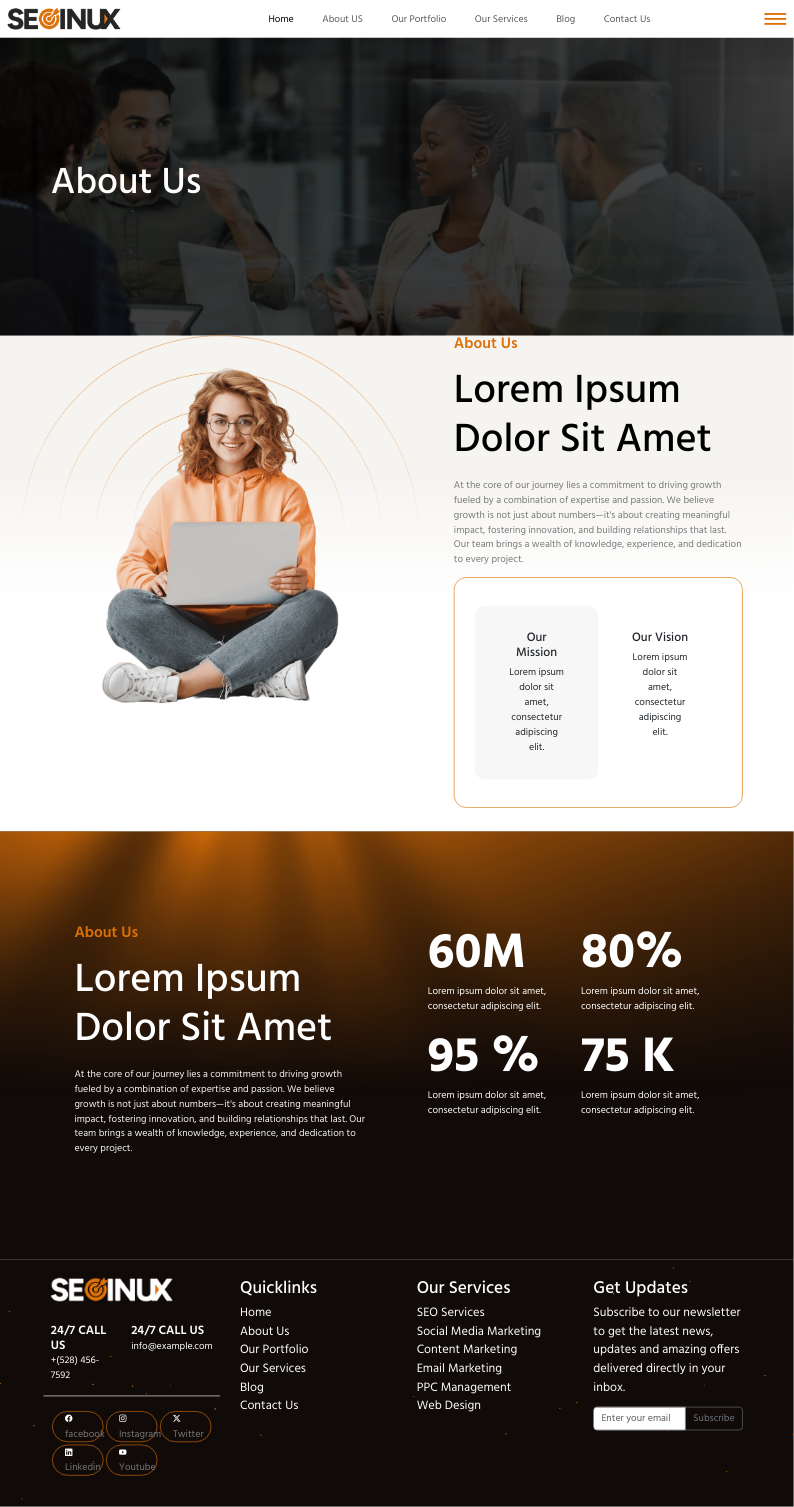
Repository: tagnam/seoinox
Page: about.html
These files come from the project's save history. The page is drawn as it stood at one moment and after the next save; the edit follows.
The browser window is 1280 px wide. The pictures show the whole page, at 62% of full size.
Backgrounds fixed to the window are drawn as part of the page.

Above is the page before, as saved 2025-02-26 10:55:18.

After the next save:
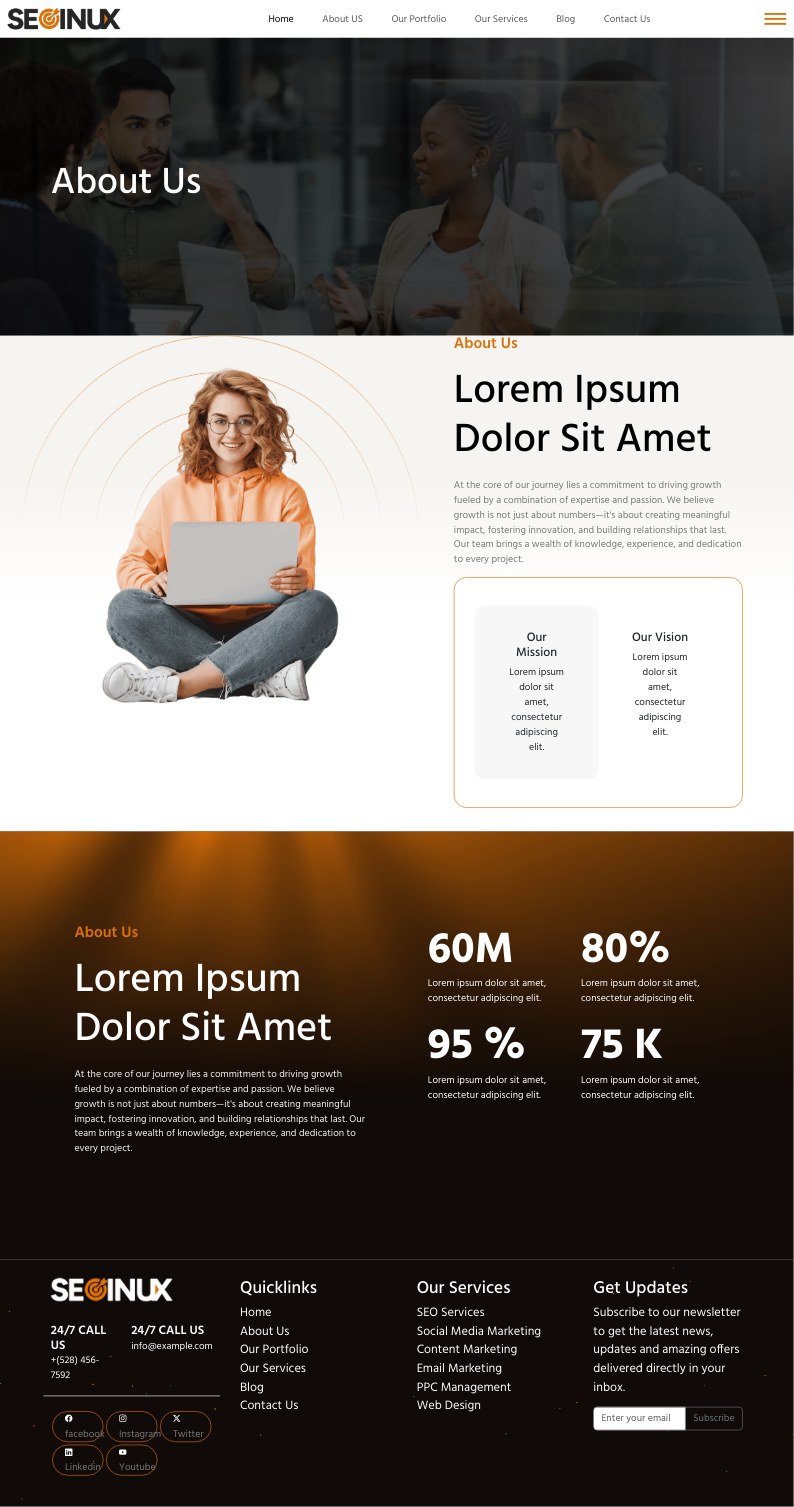
Saved 8 s later.
--- a/style/css/style.css
+++ b/style/css/style.css
@@ -505,7 +505,7 @@ div.service-card{
 }
 
 .choice-num{
-    font-size: 80px;
+    font-size: 70px;
     font-weight: 700;
     color: #ffffff;
     transition: all 0.3s;
